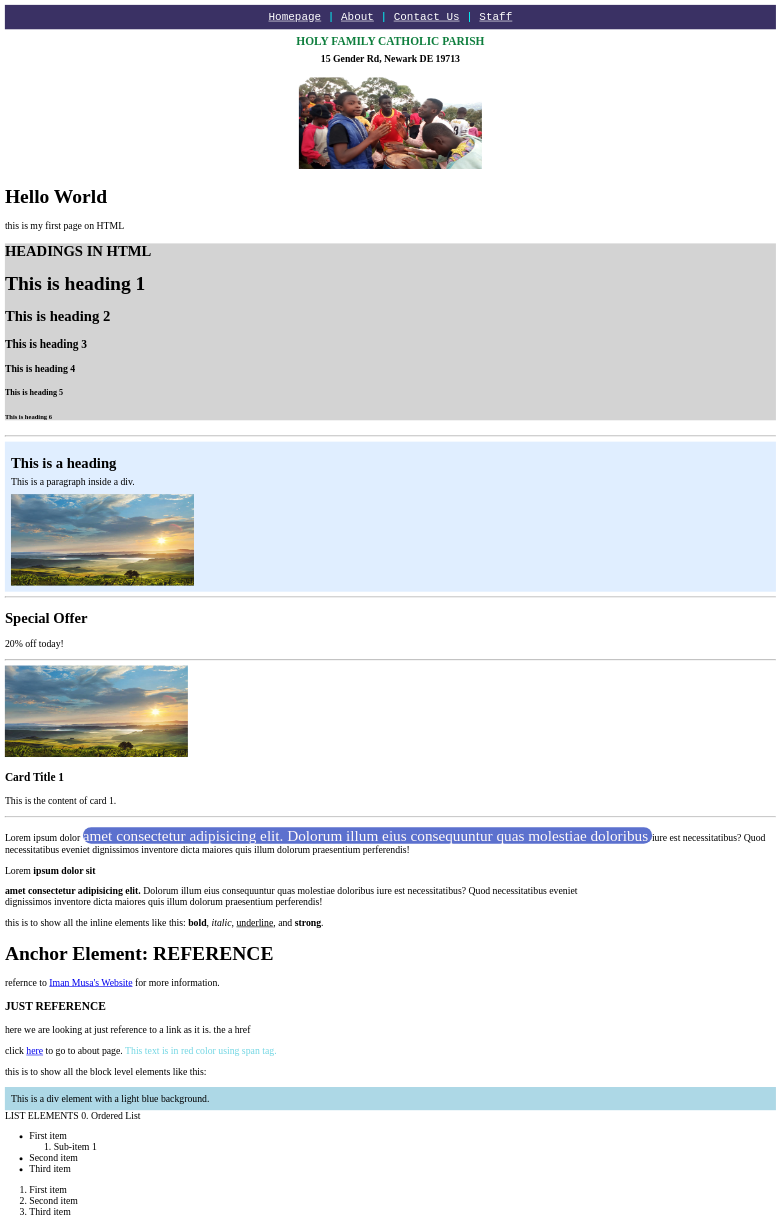
Repository: ficotims/HTML-RESTART
Page: Homepage.html
The author's editor kept a copy of each file at every save. The page is drawn from the files as they stood at one save, then again after the next save.
The browser window is 1280 px wide. The pictures show the whole page, at 61% of full size.

Above is the page before, as saved 2026-02-10 16:40:46.

### Homepage.html
<!doctype html>
<html lang="en">
  <head>
    <meta charset="UTF-8" />
    <meta name="viewport" content="width=device-width, initial-scale=1.0" />
    <title>HTML Crash course with Iman Musa</title>
    <link rel="stylesheet" href="Style 1.css"/>
  </head>
  <body>

    <!-- NAVIGATION SECTION -->
        <div style="background-color: rgb(58, 49, 100); padding: 10px; text-align: center; color: aqua; font-size: 18px; font-family: monospace, Lemon milk;">
    <a href="Homepage.html" target="_top" style="color: white;">Homepage</a> |
    <a href="about.html" style="color: white;">About</a> | <a href="Contact us.html" style="color: white;">Contact Us</a> |
    <a href="staff.html" style="color: white;">Staff</a>
     </div>

 <div style="text-align: center;">
    <h3><span style="color: rgb(14, 126, 61);"><div style="line-height: 0;">HOLY FAMILY CATHOLIC PARISH</b></span></h3>
    <H4>15 Gender Rd, Newark DE 19713</H4>
    <img
        src="images/Acension.jpg"
        alt="Catholic Church Logo"
        width="300"
        height="150"
      />
      </div>

    <h1>Hello World</h1>
    <p>this is my first page on HTML</p>
    <!-- this is a comment and will not appear on the screen/ page -->
    <!-- let us introduce the headings -->
    <div style="background-color: lightgray; padding: px; text-align: left">
      <h2>HEADINGS IN HTML</h2>
    <h1>This is heading 1</h1>
    <h2>This is heading 2</h2>
    <h3>This is heading 3</h3>
    <h4>This is heading 4</h4>
    <h5>This is heading 5</h5>
    <h6>This is heading 6</h6>
    </div>

    <!-- here we are starting off LEARNING HOW TO USE THE <div> TAG -->
 <hr>
      <div style="background-color: rgb(224, 238, 255); padding: 10px; text-align: left; line-height: 0.5;">
  <h2>This is a heading</h2>
  <p>This is a paragraph inside a div.</p>
  <img src="images/landscape.jpg" alt="Landscape" width="300"
        height="150" />
</div>
<hr>
<div class="highlight-box">
  <h2>Special Offer</h2>
  <p>20% off today!</p>
</div>
<hr>

  <!-- SECTION AND CARDS -->
<section class="container">
  <div class="card">
    <div class="card-image">
      <img src="images/landscape.jpg" alt="Card Image" width="300" height="150" />
    <h3>Card Title 1</h3>
    <p>This is the content of card 1.</p>
  </div>


</section>

  <hr>
    <!-- thi is for paragraphs now -->
    <p>
      Lorem ipsum dolor <span class="body1">amet consectetur adipisicing elit. Dolorum illum
      eius consequuntur quas molestiae doloribus </span> iure est necessitatibus? Quod
      necessitatibus eveniet dignissimos inventore dicta maiores quis illum
      dolorum praesentium perferendis!
    </p>

    <p>
      Lorem <b>ipsum dolor sit <div>amet consectetur adipisicing elit.</b> Dolorum
      illum eius consequuntur quas molestiae doloribus iure est necessitatibus?
      Quod necessitatibus eveniet </div>dignissimos inventore dicta maiores quis illum
      dolorum praesentium perferendis!
    </p>


    <!-- this is for inline leve elements -->

    <p>
      this is to show all the inline elements like this: <b>bold</b>,
      <i>italic</i>, <u>underline</u>, and <strong>strong</strong>.
      <br />

      <!-- using the other inline elements: Anchor Elements (which are just links) -->
    </p>
    <h1>Anchor Element: REFERENCE</h1>
    refernce to
    <a href="https://www.google.com" target="_blank">Iman Musa's Website</a> for
    more information.
    <h3>JUST REFERENCE</h3>
    <p>here we are looking at just reference to a link as it is. the a href</p>
    click <a href="about.html" target="_blank">here</a> to go to about page.

    <!-- SPAN ELEMENT -->
    <span style="color: rgba(31, 190, 211, 0.63)">This text is in red color using span tag.</span>
    <p>
      <!-- now let us introduce the block level elements -->
      this is to show all the block level elements like this:
    </p>

    <div style="background-color: lightblue; padding: 10px">
      This is a div element with a light blue background.
    </div>

    <!-- this is LIST -->
<hi2>LIST ELEMENTS</h2>

    0. Ordered List

    <ul>
      <li>First item</li>
      <ol><li>Sub-item 1</li></ol>
      <li>Second item</li>
      <li>Third item</li>
    </ul>

    <ol>
      <li>First item</li>
      <li>Second item</li>
      <li>Third item</li>
    </ol>
  </body>
</html>

### Style 1.css
.body1 {
    color: rgb(255, 249, 249);
    background-color: rgb(92, 113, 206);
    border-radius: 50px;
    font-size: 25px;
}

.flyout {
    border: none;
    background-color: lightgreen;
    color: rgb(0, 0, 0);
    padding: 20px;
    margin: 15px;
    height: 250px;
    width: 200px;
}

After the next save:
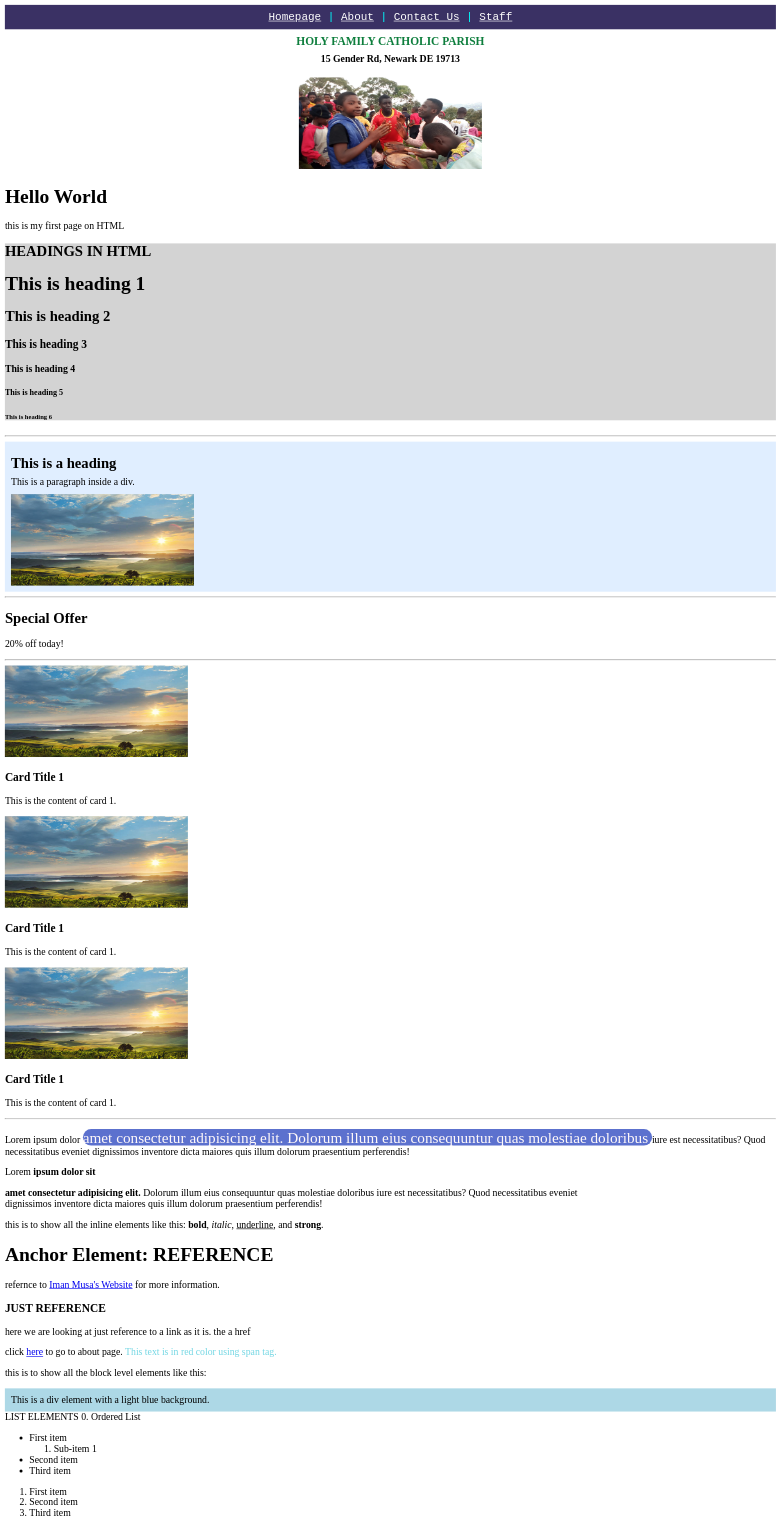
Saved 34 s later.
--- a/Homepage.html
+++ b/Homepage.html
@@ -57,6 +57,18 @@
 
   <!-- SECTION AND CARDS -->
 <section class="container">
+  <div class="card">
+    <div class="card-image">
+      <img src="images/landscape.jpg" alt="Card Image" width="300" height="150" />
+    <h3>Card Title 1</h3>
+    <p>This is the content of card 1.</p>
+  </div>
+  <div class="card">
+    <div class="card-image">
+      <img src="images/landscape.jpg" alt="Card Image" width="300" height="150" />
+    <h3>Card Title 1</h3>
+    <p>This is the content of card 1.</p>
+  </div>
   <div class="card">
     <div class="card-image">
       <img src="images/landscape.jpg" alt="Card Image" width="300" height="150" />
